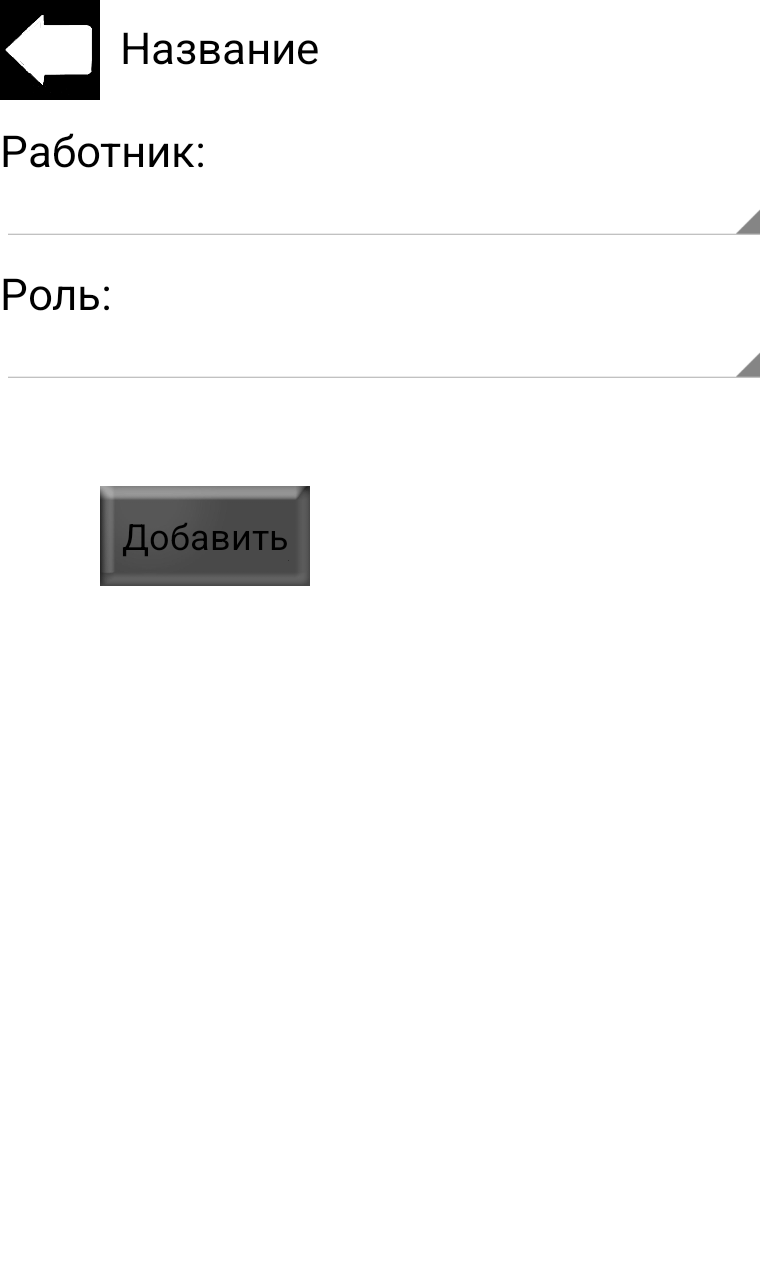
Repository: webguild/RedmineMobile
Layout: Android/RedmineAndroid/res/layout/project_add_worker.xml
An editor plug-in stored every save of this project. The layout is shown before and after the next save, followed by the edit.
It is drawn on a 768 x 1280 px phone screen (xhdpi) without system bars, with theme AppTheme; the app's code is not run.

Above is the layout before, as saved 2013-01-18 14:53:26.

### Android/RedmineAndroid/res/layout/project_add_worker.xml
<?xml version="1.0" encoding="utf-8"?>
<LinearLayout xmlns:android="http://schemas.android.com/apk/res/android"
    android:layout_width="match_parent"
    android:layout_height="match_parent"
    android:background="#fff"
    android:orientation="vertical" >

    <LinearLayout
        android:layout_width="match_parent"
        android:layout_height="wrap_content" >

        <Button
            android:id="@+id/button1"
            android:layout_width="50dp"
            android:layout_height="50dp"
            android:background="@drawable/backbutton" />

        <TextView
            android:id="@+id/textView1"
            android:layout_width="wrap_content"
            android:layout_height="wrap_content"
            android:layout_marginLeft="10dp"
            android:text="Название"
            android:textAppearance="?android:attr/textAppearanceLarge" />

    </LinearLayout>

    <TextView
        android:id="@+id/textView2"
        android:layout_width="wrap_content"
        android:layout_height="wrap_content"
        android:layout_marginTop="10dp"
        android:text="Работник:"
        android:textAppearance="?android:attr/textAppearanceLarge" />

    <Spinner
        android:id="@+id/spinner1"
        android:layout_width="match_parent"
        android:layout_height="wrap_content" />

    <TextView
        android:id="@+id/textView3"
        android:layout_width="wrap_content"
        android:layout_height="wrap_content"
        android:layout_marginTop="10dp"
        android:text="Роль:"
        android:textAppearance="?android:attr/textAppearanceLarge" />

    <Spinner
        android:id="@+id/spinner2"
        android:layout_width="match_parent"
        android:layout_height="wrap_content" />

    <Button
        android:id="@+id/button2"
        android:layout_width="105dp"
        android:layout_height="50dp"
        android:layout_marginLeft="50dp"
        android:layout_marginTop="50dp"
        android:background="@drawable/darkgreybutton"
        android:text="Добавить" />

</LinearLayout>

Loaded but not shown: Android/RedmineAndroid/res/values/styles.xml (common file); Android/RedmineAndroid/res/values-v11/styles.xml (common file)

After the next save:
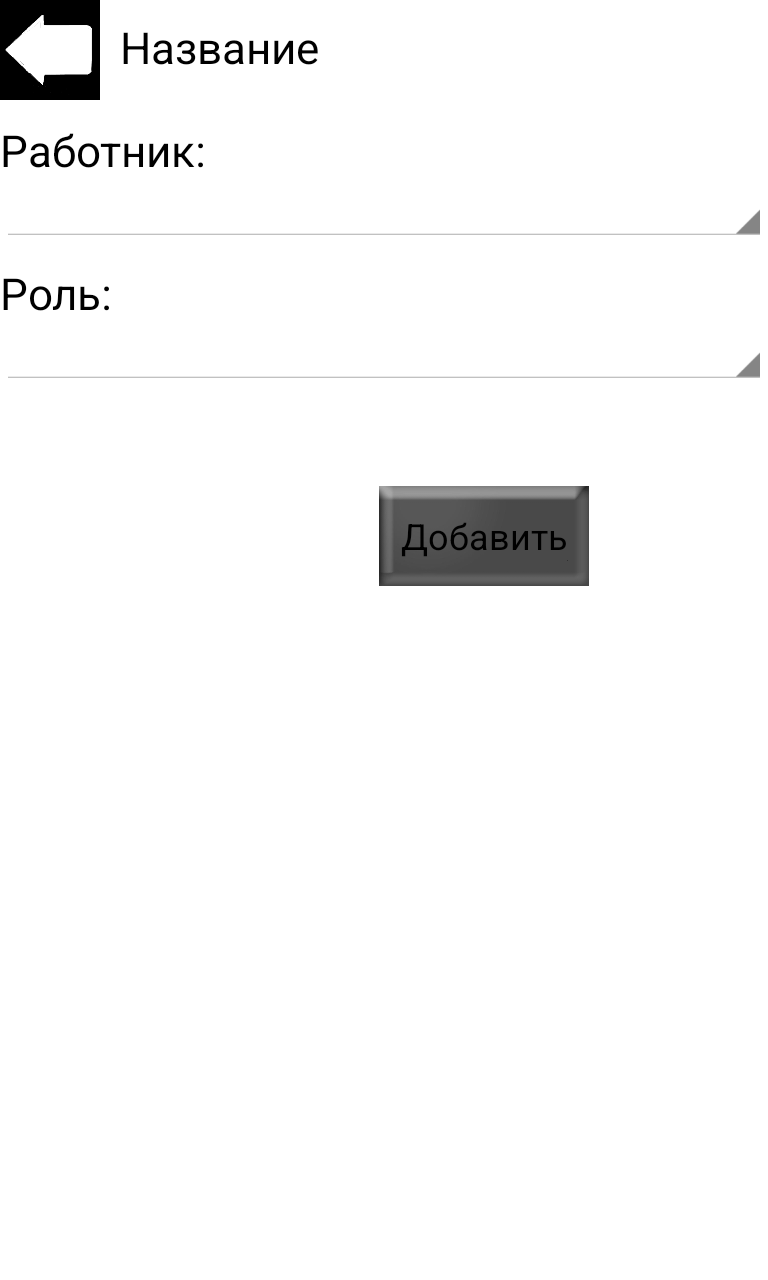
Saved 5 min 35 s later.
--- a/Android/RedmineAndroid/res/layout/project_add_worker.xml
+++ b/Android/RedmineAndroid/res/layout/project_add_worker.xml
@@ -55,6 +55,7 @@
         android:id="@+id/button2"
         android:layout_width="105dp"
         android:layout_height="50dp"
+        android:layout_gravity="bottom|center"
         android:layout_marginLeft="50dp"
         android:layout_marginTop="50dp"
         android:background="@drawable/darkgreybutton"

After the save that followed:
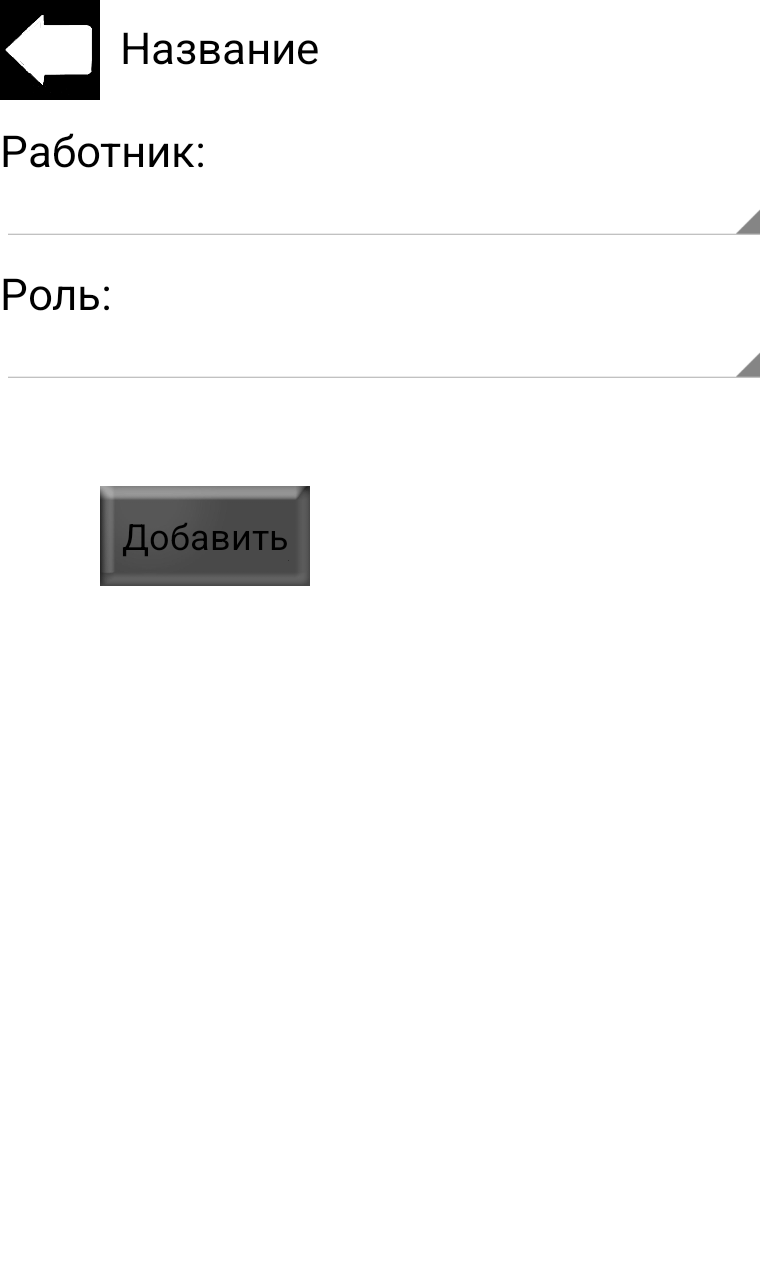
Saved 47 s later.
--- a/Android/RedmineAndroid/res/layout/project_add_worker.xml
+++ b/Android/RedmineAndroid/res/layout/project_add_worker.xml
@@ -55,7 +55,7 @@
         android:id="@+id/button2"
         android:layout_width="105dp"
         android:layout_height="50dp"
-        android:layout_gravity="bottom|center"
+        android:layout_gravity="bottom"
         android:layout_marginLeft="50dp"
         android:layout_marginTop="50dp"
         android:background="@drawable/darkgreybutton"
